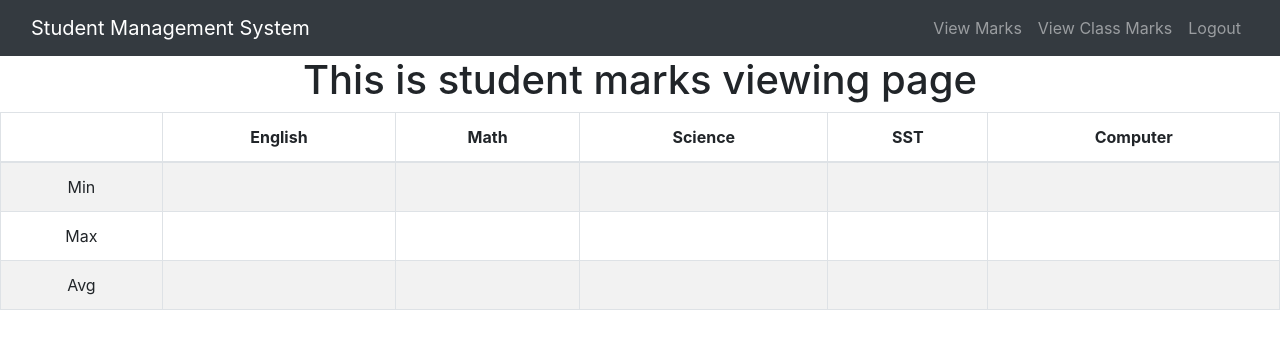
Repository: arupmaji404/StudentManagementSystem
Page: http://localhost/student/view-class-marks
An editor plug-in stored every save of this project. The page is shown before and after the next save, followed by the edit.
The browser window is 1280 px wide. The pictures show the whole page.
The page is this project's Thymeleaf template; nobody is signed in. The template is opened directly, without the code that normally fills it, so the values that code supplies are empty.

Above is the page before, as saved 2022-09-20 18:27:38.

After the next save:
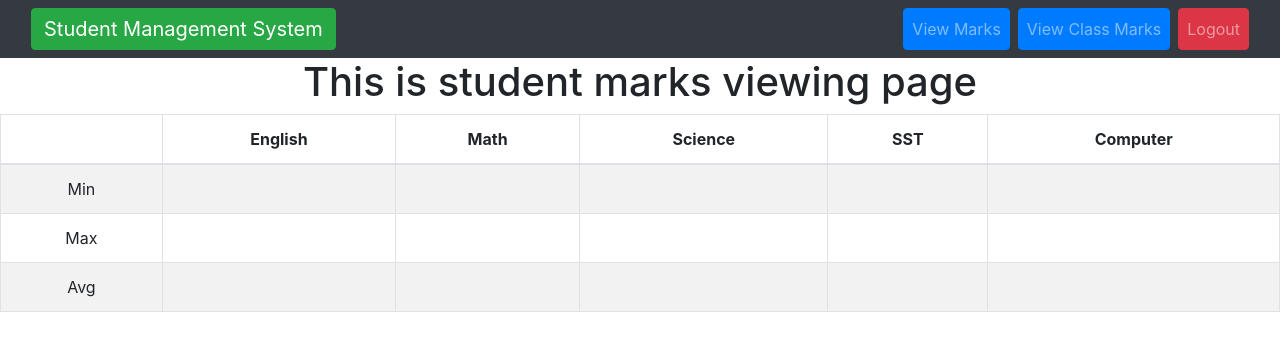
Saved 55 s later.
--- a/StudentManagementSystem/src/main/resources/templates/navbar_student.html
+++ b/StudentManagementSystem/src/main/resources/templates/navbar_student.html
@@ -10,12 +10,12 @@
 <nav th:fragment="navbar" class="navbar navbar-expand-md bg-dark navbar-dark">
     <div class="container-fluid">
         <div class="navbar-header">
-            <a class="navbar-brand" th:href="@{/student/studentIndex}">Student Management System</a>
+            <a class="navbar-brand btn btn-success" th:href="@{/student/studentIndex}">Student Management System</a>
         </div>
         <ul class="nav navbar-nav">
-            <li><a class="nav-link" th:href="@{/student/view-marks}">View Marks</a></li>
-			<li><a class="nav-link" th:href="@{/student/view-class-marks}">View Class Marks</a></li>
-            <li><a class="nav-link" th:href="@{/logout}">Logout</a></li>
+            <li><a class="nav-link btn btn-primary ml-2" th:href="@{/student/view-marks}">View Marks</a></li>
+			<li><a class="nav-link btn btn-primary ml-2" th:href="@{/student/view-class-marks}">View Class Marks</a></li>
+            <li><a class="nav-link btn btn-danger ml-2" th:href="@{/logout}">Logout</a></li>
 		</ul>
     </div>
 </nav>
